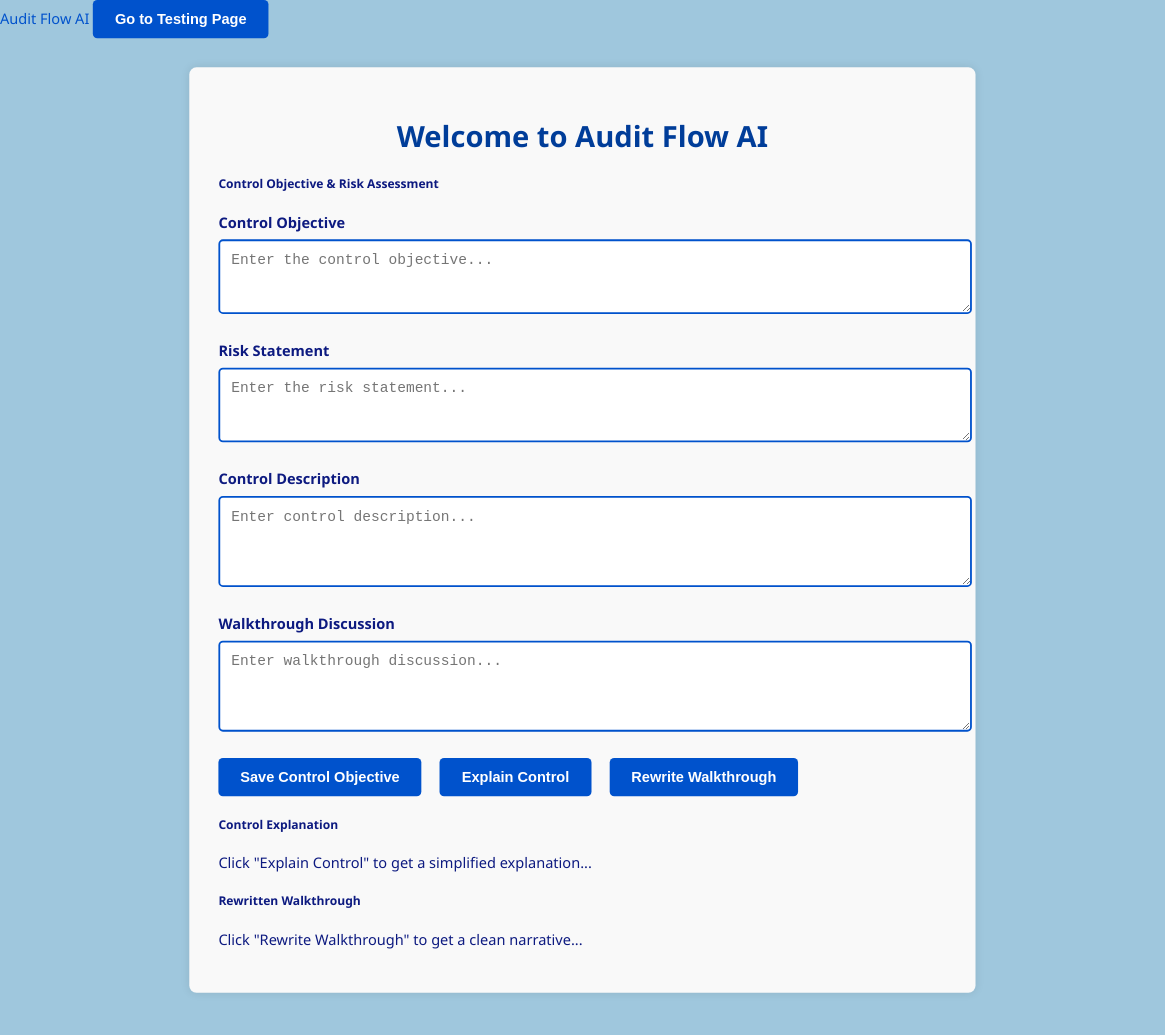
Repository: Adeolaode0/Audit-Flow-AI
Page: http://localhost/
These files come from the project's save history. The page is drawn as it stood at one moment and after the next save; the edit follows.
The browser window is 1280 px wide. The pictures show the whole page, at 91% of full size.
The page is served by the project's application, run on Flask 3 (app.py).

Above is the page before, as saved 2025-07-13 22:41:36.

After the next save:
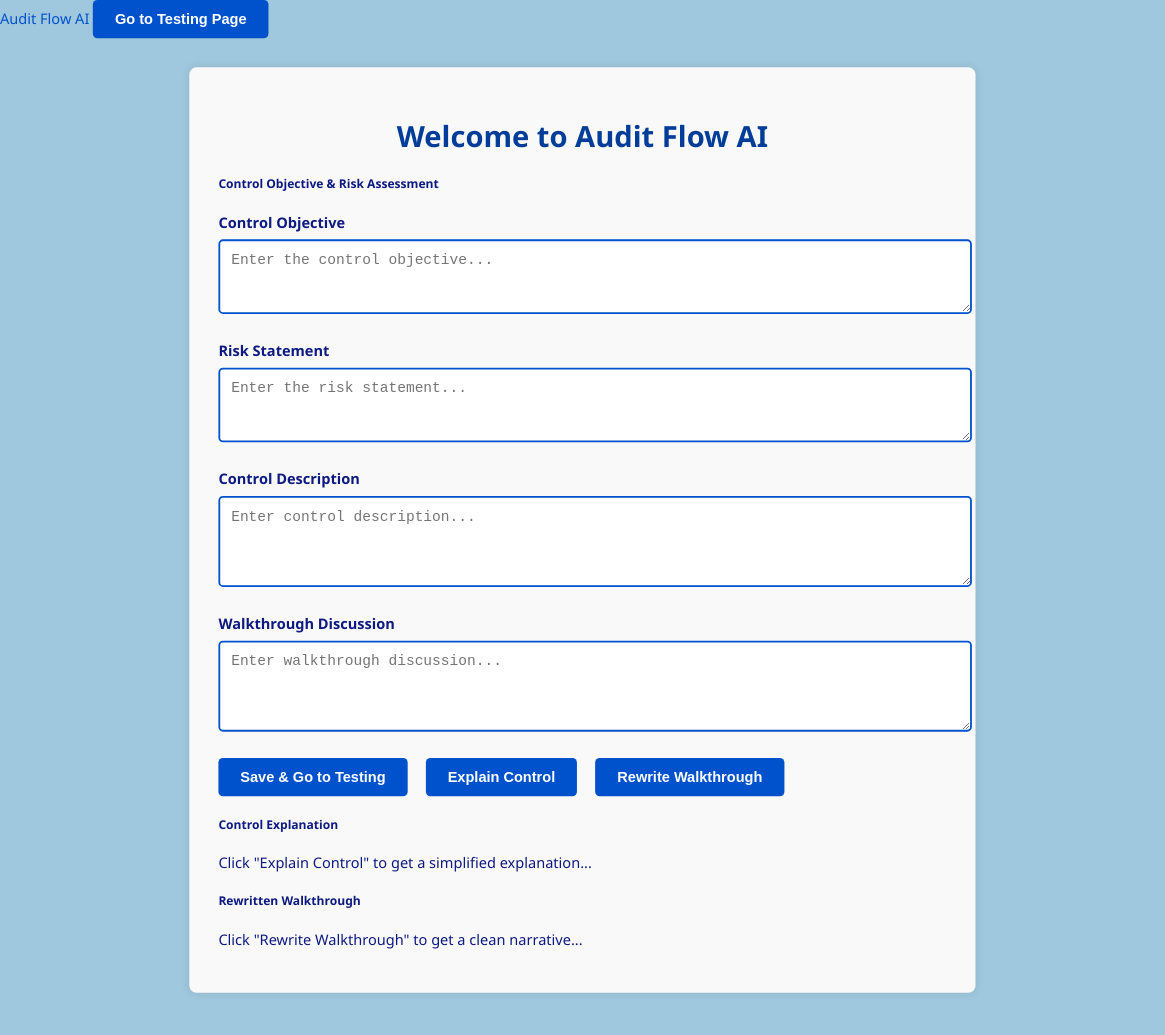
Saved 3 min 58 s later.
--- a/templates/index.html
+++ b/templates/index.html
@@ -48,7 +48,7 @@
 
                 <!-- Action Buttons -->
                 <div class="mb-3">
-                    <button id="saveButton" class="btn btn-success me-2">Save Control Objective</button>
+                    <button id="saveAndGoButton" class="btn btn-success me-2">Save & Go to Testing</button>
                     <button id="explainButton" class="btn btn-info me-2">Explain Control</button>
                     <button id="rewriteButton" class="btn btn-warning">Rewrite Walkthrough</button>
                 </div>
@@ -91,60 +91,33 @@
             window.location.href = "/testing";
         });
 
-        // Save Control Objective with better error handling
-        document.getElementById("saveButton").addEventListener("click", async () => {
-            showSpinner();
+        // Save data to localStorage and go to testing page
+        document.getElementById("saveAndGoButton").addEventListener("click", () => {
             const controlObjective = document.getElementById("controlObjective").value;
             const riskStatement = document.getElementById("riskStatement").value;
             const controlDescription = document.getElementById("controlDescription").value;
             const walkthroughDiscussion = document.getElementById("walkthroughDiscussion").value;
 
             if (!controlObjective || !riskStatement || !controlDescription) {
-                hideSpinner();
-                alert("Please fill in Control Objective, Risk Statement, and Control Description before saving.");
+                alert("Please fill in Control Objective, Risk Statement, and Control Description before proceeding.");
                 return;
             }
 
-            try {
-                const response = await fetch("/api/save-control-objective", {
-                    method: "POST",
-                    headers: {
-                        "Content-Type": "application/json"
-                    },
-                    body: JSON.stringify({
-                        control_objective: controlObjective,
-                        risk_statement: riskStatement,
-                        control_description: controlDescription,
-                        walkthrough_discussion: walkthroughDiscussion
-                    })
-                });
-
-                // Check if response is ok
-                if (!response.ok) {
-                    throw new Error(`HTTP error! status: ${response.status}`);
-                }
-
-                // Check if response is JSON
-                const contentType = response.headers.get("content-type");
-                if (!contentType || !contentType.includes("application/json")) {
-                    const text = await response.text();
-                    console.error("Non-JSON response:", text);
-                    throw new Error("Server returned non-JSON response");
-                }
-
-                const data = await response.json();
-                hideSpinner();
-
-                if (data.error) {
-                    alert("Error: " + data.error);
-                } else {
-                    showToast("Control objective saved successfully!");
-                }
-            } catch (error) {
-                hideSpinner();
-                console.error("Save error:", error);
-                alert("Error saving control objective: " + error.message);
-            }
+            // Save data to localStorage (client-side storage)
+            localStorage.setItem("auditData", JSON.stringify({
+                control_objective: controlObjective,
+                risk_statement: riskStatement,
+                control_description: controlDescription,
+                walkthrough_discussion: walkthroughDiscussion,
+                timestamp: new Date().toISOString()
+            }));
+
+            showToast("Data saved! Redirecting to testing page...");
+
+            // Navigate to testing page after a short delay
+            setTimeout(() => {
+                window.location.href = "/testing";
+            }, 1500);
         });
 
         // Explain Control Description
@@ -228,6 +201,22 @@
             }
         });
 
+        // Load saved data on page load
+        window.addEventListener("load", () => {
+            const savedData = localStorage.getItem("auditData");
+            if (savedData) {
+                try {
+                    const data = JSON.parse(savedData);
+                    document.getElementById("controlObjective").value = data.control_objective || "";
+                    document.getElementById("riskStatement").value = data.risk_statement || "";
+                    document.getElementById("controlDescription").value = data.control_description || "";
+                    document.getElementById("walkthroughDiscussion").value = data.walkthrough_discussion || "";
+                } catch (error) {
+                    console.error("Error loading saved data:", error);
+                }
+            }
+        });
+
         // Copy to Clipboard Functionality
         function copyText(id) {
             const text = document.getElementById(id).innerText;
